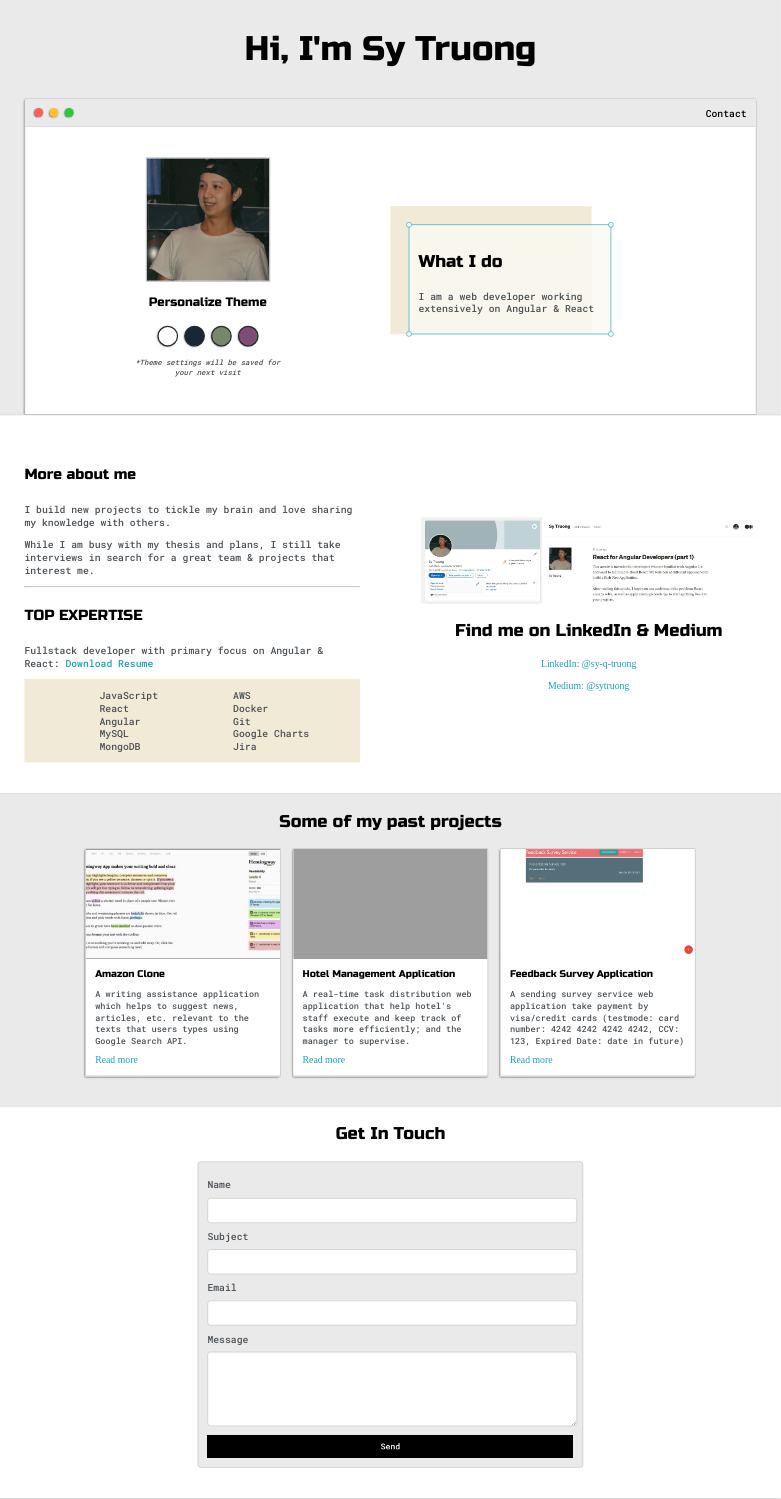
Repository: syytruong/porfolio
Page: index.html
The author's editor kept a copy of each file at every save. The page is drawn from the files as they stood at one save, then again after a run of saves.
The browser window is 1280 px wide. The pictures show the whole page, at 61% of full size.
Pictures or frames that could not be fetched are drawn as grey boxes.

Above is the page before, as saved 2021-03-09 23:54:36.
Console error: ReferenceError: emailjs is not defined

After the next 3 saves:
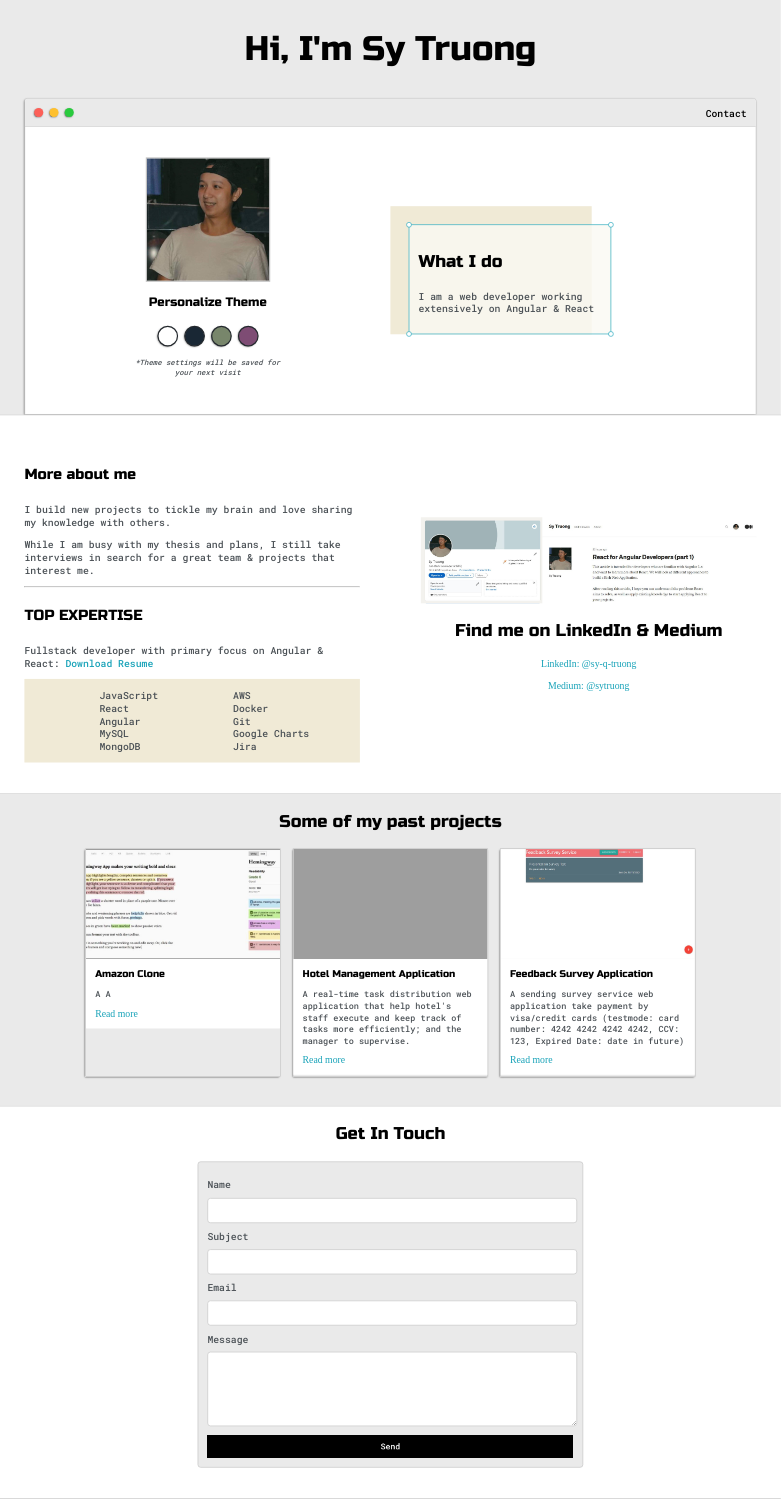
The 3 saves are shown as one change because they came seconds apart.
The last was saved 7 s later.
--- a/index.html
+++ b/index.html
@@ -131,9 +131,7 @@
                             <img class="thumbnail" src="images/intellinote.jpg">
                             <div class="post-preview">
                                 <h6 class="post-title">Amazon Clone</h6>
-                                <p class="post-intro">A writing assistance application which helps
-                                to suggest news, articles, etc. relevant to the texts that users
-                                types using Google Search API.</p>
+                                <p class="post-intro">A A</p>
                                 <a href="https://github.com/make2514/intellinote">Read more</a>
                             </div>
                         </div>
